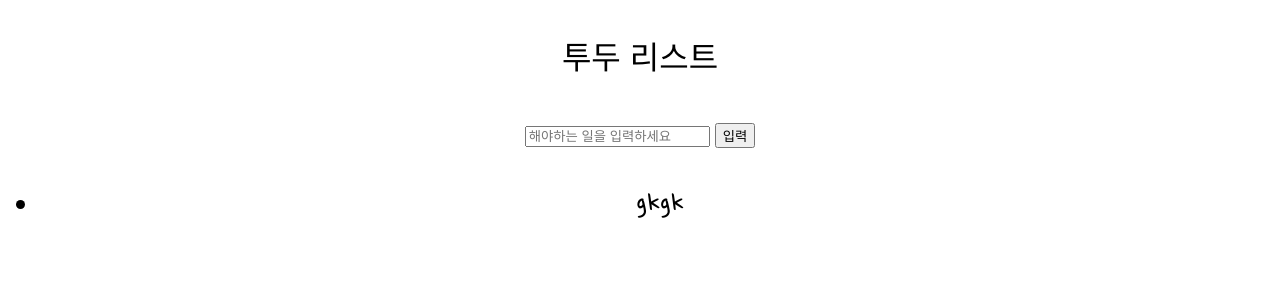
Repository: jun01270/Todo-List_React
Page: /
These files come from the project's save history. The page is drawn as it stood at one moment and after a run of saves; the edit follows.
The browser window is 1280 px wide. The pictures show the whole page.
The project was rebuilt for these pictures with package versions that can differ from the ones it lists, and the page was loaded fresh each time.

Above is the page before, as saved 2022-12-28 19:50:28.

### public/index.html
<!DOCTYPE html>
<html lang="en">
  <head>
    <meta charset="utf-8" />
    <link rel="preconnect" href="https://fonts.googleapis.com" />
    <link rel="preconnect" href="https://fonts.gstatic.com" crossorigin />
    <link
      href="https://fonts.googleapis.com/css2?family=Nanum+Pen+Script&display=swap"
      rel="stylesheet"
    />
    <meta name="viewport" content="width=device-width, initial-scale=1" />
    <meta name="theme-color" content="#000000" />
    <meta
      name="description"
      content="Web site created using create-react-app"
    />
    <link rel="apple-touch-icon" href="%PUBLIC_URL%/logo192.png" />
    <!--
      manifest.json provides metadata used when your web app is installed on a
      user's mobile device or desktop. See https://developers.google.com/web/fundamentals/web-app-manifest/
    -->
    <link rel="manifest" href="%PUBLIC_URL%/manifest.json" />
    <!--
      Notice the use of %PUBLIC_URL% in the tags above.
      It will be replaced with the URL of the `public` folder during the build.
      Only files inside the `public` folder can be referenced from the HTML.

      Unlike "/favicon.ico" or "favicon.ico", "%PUBLIC_URL%/favicon.ico" will
      work correctly both with client-side routing and a non-root public URL.
      Learn how to configure a non-root public URL by running `npm run build`.
    -->
    <title>React App</title>
  </head>
  <body>
    <noscript>You need to enable JavaScript to run this app.</noscript>
    <div id="root"></div>
    <!--
      This HTML file is a template.
      If you open it directly in the browser, you will see an empty page.

      You can add webfonts, meta tags, or analytics to this file.
      The build step will place the bundled scripts into the <body> tag.

      To begin the development, run `npm start` or `yarn start`.
      To create a production bundle, use `npm run build` or `yarn build`.
    -->
  </body>
</html>

### src/App.js
import "./App.css";

function App() {
  return (
    <div className="todo">
      <div className="todo-all">
        <p className="todo-title">투두 리스트</p>
        <div className="todo-list">
          <form className="todo-Form">
            <input type="text" placeholder="해야하는 일을 입력하세요"></input>
            <input type="submit" value="입력" className="sub"></input>
            <ul className="todo-item">
              <li>gkgk</li>
            </ul>
          </form>
        </div>
      </div>
    </div>
  );
}

export default App;

### src/App.css
.todo {
  text-align: center;
  font-family: "Nanum Pen Script", cursive;
}
.todo-all {
  font-size: xx-large;
}

.todo-title {
  font-family: "Nanum Pen Script", cursive;
}

.todo-Form {
}

.sub {
  margin-left: 5px;
}

Loaded but not shown: src/index.js (common file); src/index.css (common file); src/reportWebVitals.js (common file)

After the next 2 saves:
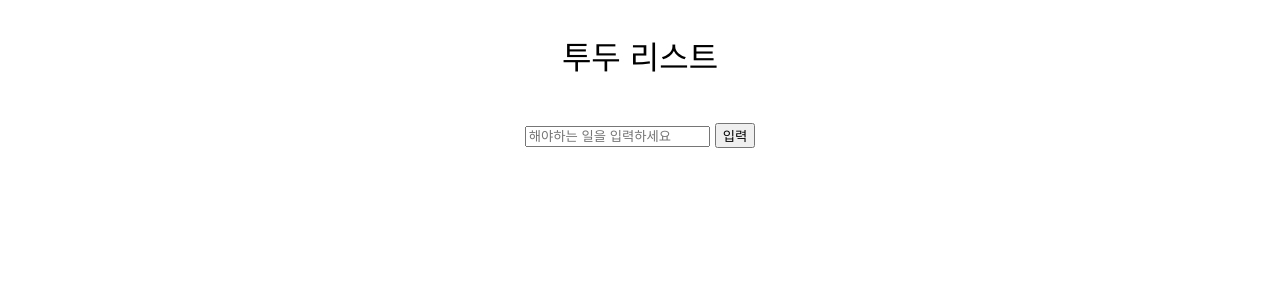
The 2 saves are shown as one change because they came seconds apart.
The last was saved 39 min 50 s later.
--- a/src/App.js
+++ b/src/App.js
@@ -9,9 +9,6 @@ function App() {
           <form className="todo-Form">
             <input type="text" placeholder="해야하는 일을 입력하세요"></input>
             <input type="submit" value="입력" className="sub"></input>
-            <ul className="todo-item">
-              <li>gkgk</li>
-            </ul>
           </form>
         </div>
       </div>
